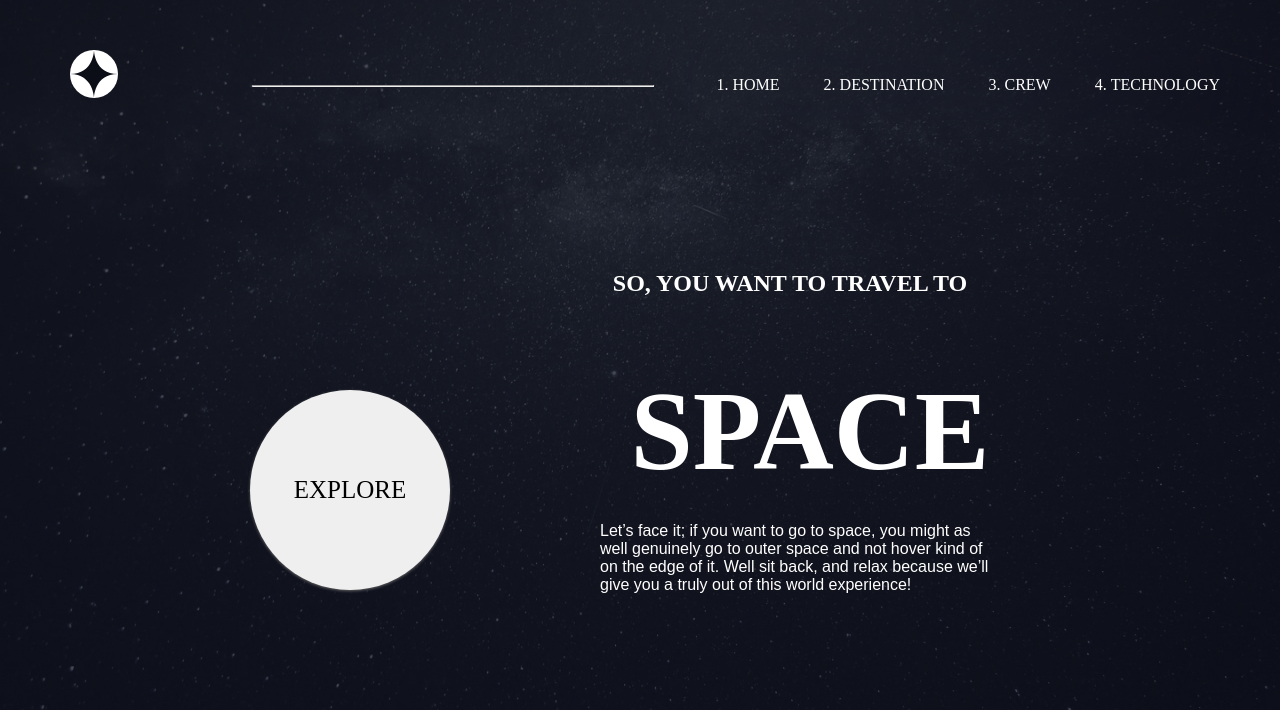
Repository: batonAnton/space_tourism
Page: destination.html
An editor plug-in stored every save of this project. The page is shown before and after the next save, followed by the edit.
The browser window is 1280 px wide. The pictures show the whole page.
Some web fonts or font styles are not loaded; a fallback is used.

Above is the page before, as saved 2022-05-19 14:37:49.

### destination.html
<!DOCTYPE html>
<html lang="en">
<head>
    <meta charset="UTF-8">
    <meta http-equiv="X-UA-Compatible" content="IE=edge">
    <meta name="viewport" content="width=device-width, initial-scale=1.0">
    <title>Space Tourism</title>
    <link rel="stylesheet" href="css/style2 .css">
    <link rel="preconnect" href="https://fonts.googleapis.com">
    <link rel="preconnect" href="https://fonts.gstatic.com" crossorigin>
    <link href="https://fonts.googleapis.com/css2?family=Bellefair&family=Merriweather&display=swap" rel="stylesheet">

    <link rel="preconnect" href="https://fonts.gstatic.com" crossorigin>
    <link href="https://fonts.googleapis.com/css2?family=Bellefair&family=Merriweather&display=swap" rel="stylesheet">
    <link rel="preconnect" href="https://fonts.googleapis.com">
    <link rel="preconnect" href="https://fonts.gstatic.com" crossorigin>
    <link href="https://fonts.googleapis.com/css2?family=Barlow+Condensed:wght@300&family=Bellefair&family=Merriweather&display=swap" rel="stylesheet">
</head>
<body>

    <div id="destination" class="bg">
        <div class="top-container">
            <div class="logo_img">
                <img src="/images/Icon.svg" alt="logo">

            </div>

                                             <!--navbar code -->
            <div class="nav">

                <hr>
                    <ol>

                        <li><a href="#home">home</a></li>
                        <li><a href="">destination</a></li>
                        <li><a href="">crew</a></li>
                        <li><a href="">technology</a></li>

                    </ol>

            </div>
        </div>

        <div class="middle_container">

            <div class="btn_block">
                <button class="btn">explore</button>
            </div>



                <div class="get-info">
                    <h2>so, you want to travel to</h2>
                    <h1>space</h1>
                    <p>Let’s face it; if you want to go to space, you might as well genuinely go to outer space and not hover kind of on the edge of it. Well sit back, and relax because we’ll give you a truly out of this world experience!</p>
                </div>


        </div>

    </div>
</body>
</html>

### css/style2 .css
body {
  /* height: 900px; */
  margin: 0;
}

.bg {
  background-image: url(/images/destination_img/bg.jpg);
  height: 100%;
  background-position: center;
  background-repeat: no-repeat;
  background-size: cover;
}

.top-container {
  /* display: inline-block; */
  padding: 50px 0px 50px 70px;
  /* width: 100%; */
}

.logo_img {
  /* width: 555px; */
  float: left;
}

hr {
  width: 400px;
  position: absolute;
  margin: 25px 0px 100px -390px;
}

.nav {
  /* width: 60%; */
  /* margin-left: 408px; */
  position: relative;
  float: right;
  clear: none;
  /* border: 1px solid #979797; */
  padding: 10px 0px 10px 0px;
  backdrop-filter: blur(85px);
  text-transform: uppercase;
}
.nav a {
  text-decoration: none;
}

.nav a:after {
  background: none repeat scroll 0 0 transparent;
  bottom: 0;
  content: "";
  display: block;
  height: 2px;
  left: 50%;
  position: absolute;
  background: #fff;
  transition: width 0.3s ease 0s, left 0.3s ease 0s;
  width: 0;
}
a:hover:after {
  width: 10%;
  left: 0;
}

ol {
  display: inline-flex;
  /* width: 200px; */
  margin-left: 50px;
}

li {
  padding: 0px 60px 0px 0px;
  color: #ffffff;
}

.nav a {
  color: #ffffff;
  font-family: "Bellefair", serif;
  /* font-family: "Merriweather", serif; */
}

/* middle-container property */
.middle_container {
  display: inline-flex;
}

.get-info {
  margin: 130px 100px 100px 150px;
}

h1,
h2,
p {
  color: #ffffff;
}

h1,
h2 {
  text-align: center;
  width: 380px;
  text-transform: uppercase;
  font-family: "Bellefair", serif;
}

h1 {
  font-size: 7rem;
  height: 80px;
  padding-left: 20px;
  margin-top: 70px;
}

p {
  width: 400px;
  text-align: left;
  font-family: "Barlow Condensed", sans-serif;
}

.btn_block {
  /* padding: 300px 0px 0px 300px; */
  margin: 270px 0px 0px 250px;
}

.btn {
  background: ffffff;
  background-image: -webkit-linear-gradient(top, ffffff, #2980b9);
  background-image: -moz-linear-gradient(top, ffffff, #2980b9);
  background-image: -ms-linear-gradient(top, ffffff, #2980b9);
  background-image: -o-linear-gradient(top, ffffff, #2980b9);
  background-image: linear-gradient(to bottom, ffffff, #2980b9);
  -webkit-border-radius: 100;
  -moz-border-radius: 100;
  border-radius: 200px;
  -webkit-box-shadow: 0px 1px 3px #666666;
  -moz-box-shadow: 0px 1px 3px #666666;
  box-shadow: 0px 1px 3px #666666;
  font-family: "Bellefair", serif;
  /* font-family: "Merriweather", serif;
    color: #0b0d17; */
  font-size: 25px;
  padding: 45px 40px 45px 40px;
  border: solid #1f628d 0px;
  text-decoration: none;
  /* float: right; */
  height: 200px;
  width: 200px;
  text-transform: uppercase;
}

.btn:hover {
  background: #979797;
  /* background-image: -webkit-linear-gradient(top, #97979, #3498db);
    background-image: -moz-linear-gradient(top, #3cb0fd, #3498db);
    background-image: -ms-linear-gradient(top, #3cb0fd, #3498db);
    background-image: -o-linear-gradient(top, #3cb0fd, #3498db);
    background-image: linear-gradient(to bottom, #3cb0fd, #3498db); */
  text-decoration: none;
  box-shadow: -5px 20px 20px 20px#666666;
  /* border-width: 100px; */
}

After the next save:
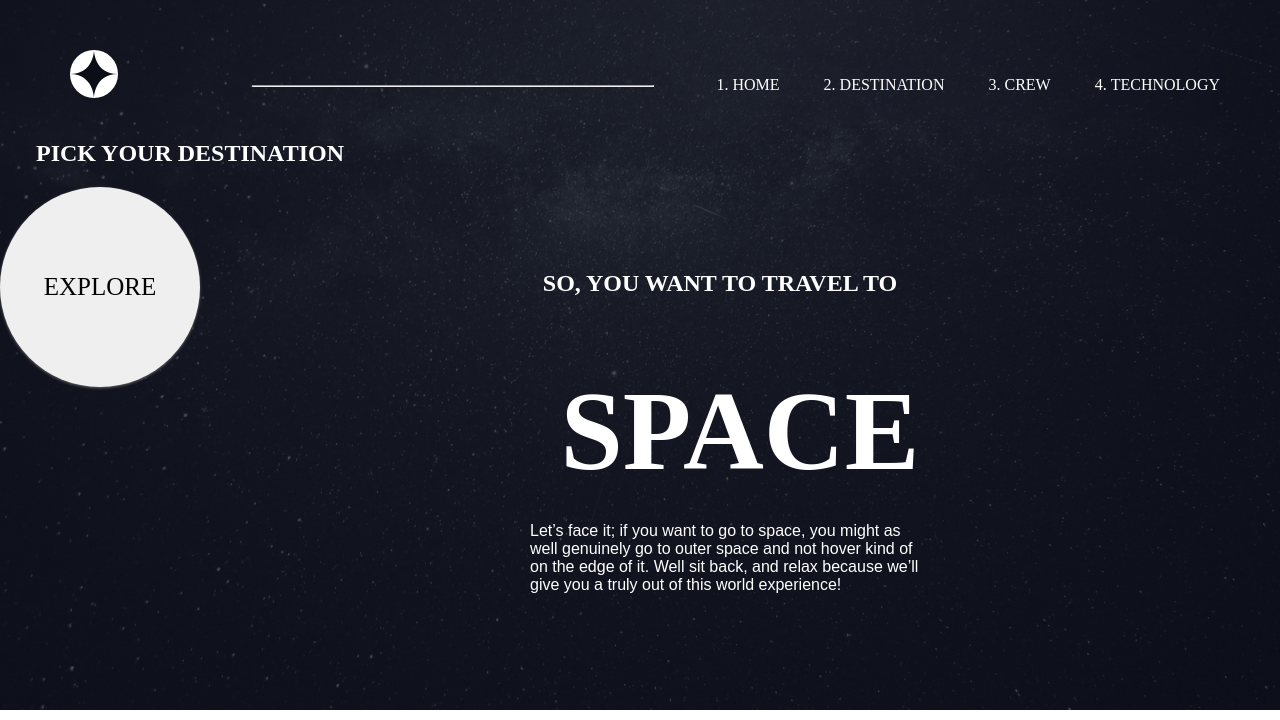
Saved 7 min 30 s later.
--- a/destination.html
+++ b/destination.html
@@ -43,7 +43,10 @@
 
         <div class="middle_container">
 
-            <div class="btn_block">
+
+            <div class="planet_img">
+                <h2>pick your destination</h2>
+
                 <button class="btn">explore</button>
             </div>
 
